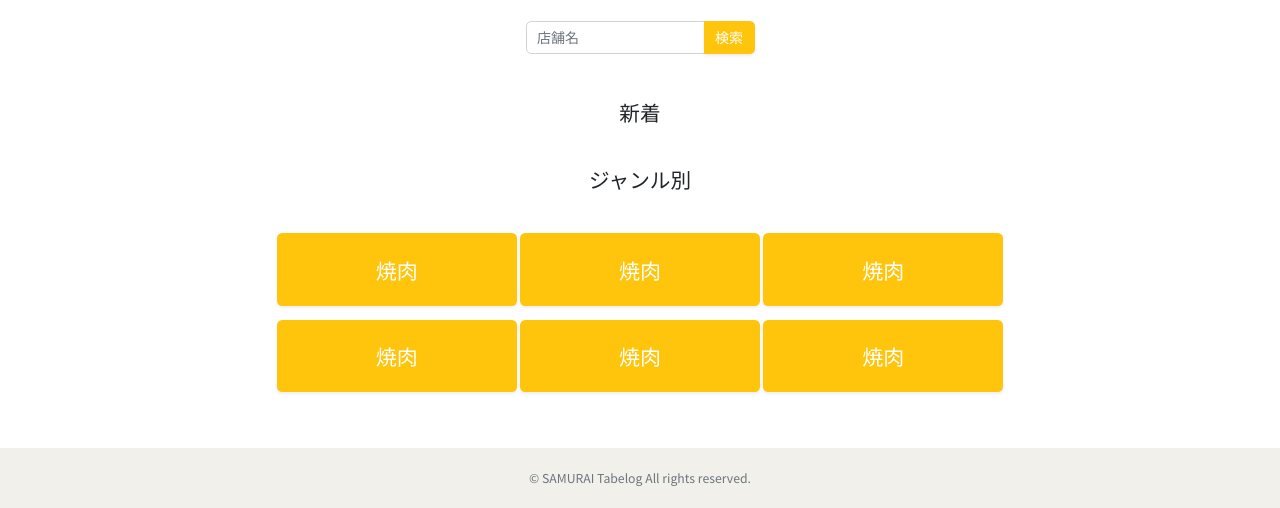
Repository: Mofu-Ya/springboot-tabelog-kadai
Page: http://localhost/index
These files come from the project's save history. The page is drawn as it stood at one moment and after the next save; the edit follows.
The browser window is 1280 px wide. The pictures show the part of the page from y = 373 to 909 px (the page is 881 px tall before and 909 px after).
The page is this project's Thymeleaf template; nobody is signed in. The template is opened directly, without the code that normally fills it, so the values that code supplies are empty.

Above is the page before, as saved 2025-01-18 04:30:46.

After the next save:
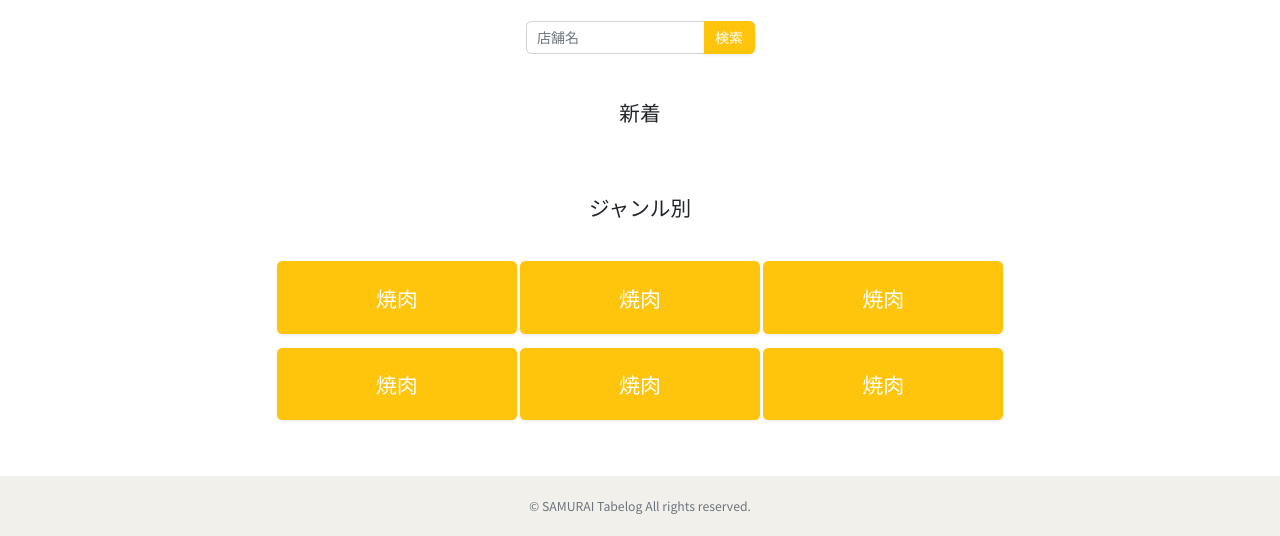
Saved 13 s later.
--- a/kadai_002/samuraitabelog/src/main/resources/templates/index.html
+++ b/kadai_002/samuraitabelog/src/main/resources/templates/index.html
@@ -43,7 +43,7 @@
                          </form>
                      </div>
 
-                     <h2 class="text-center mt-1 mb-3">新着</h2>
+                     <h2 class="text-center mt-1 mb-5">新着</h2>
                      <div class="row row-cols-lg-5 row-cols-2 g-3 mb-5">
                          <div class="col" th:each="newRestaurant : ${newRestaurants}">
                              <a th:href="@{/restaurants/__${newRestaurant.getId()}__}" class="link-dark samuraitabelog-card-link">
